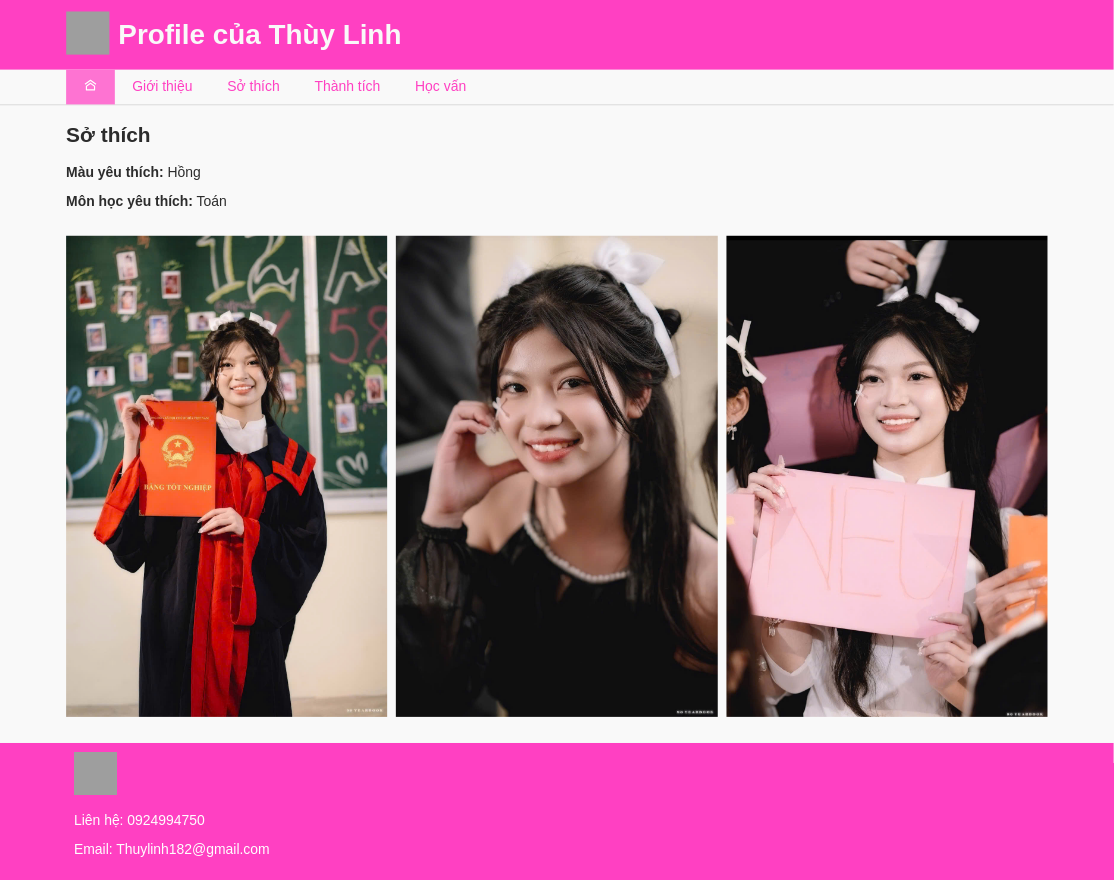
Repository: DucLong-PD07979/profile-vu-thuy-linh
Page: so-thich.html
An editor plug-in stored every save of this project. The page is shown before and after the next save, followed by the edit.
The browser window is 1280 px wide. The pictures show the whole page, at 87% of full size.
Pictures or frames that could not be fetched are drawn as grey boxes.

Above is the page before, as saved 2025-03-13 21:25:03.
Not found: script.js

After the next save:
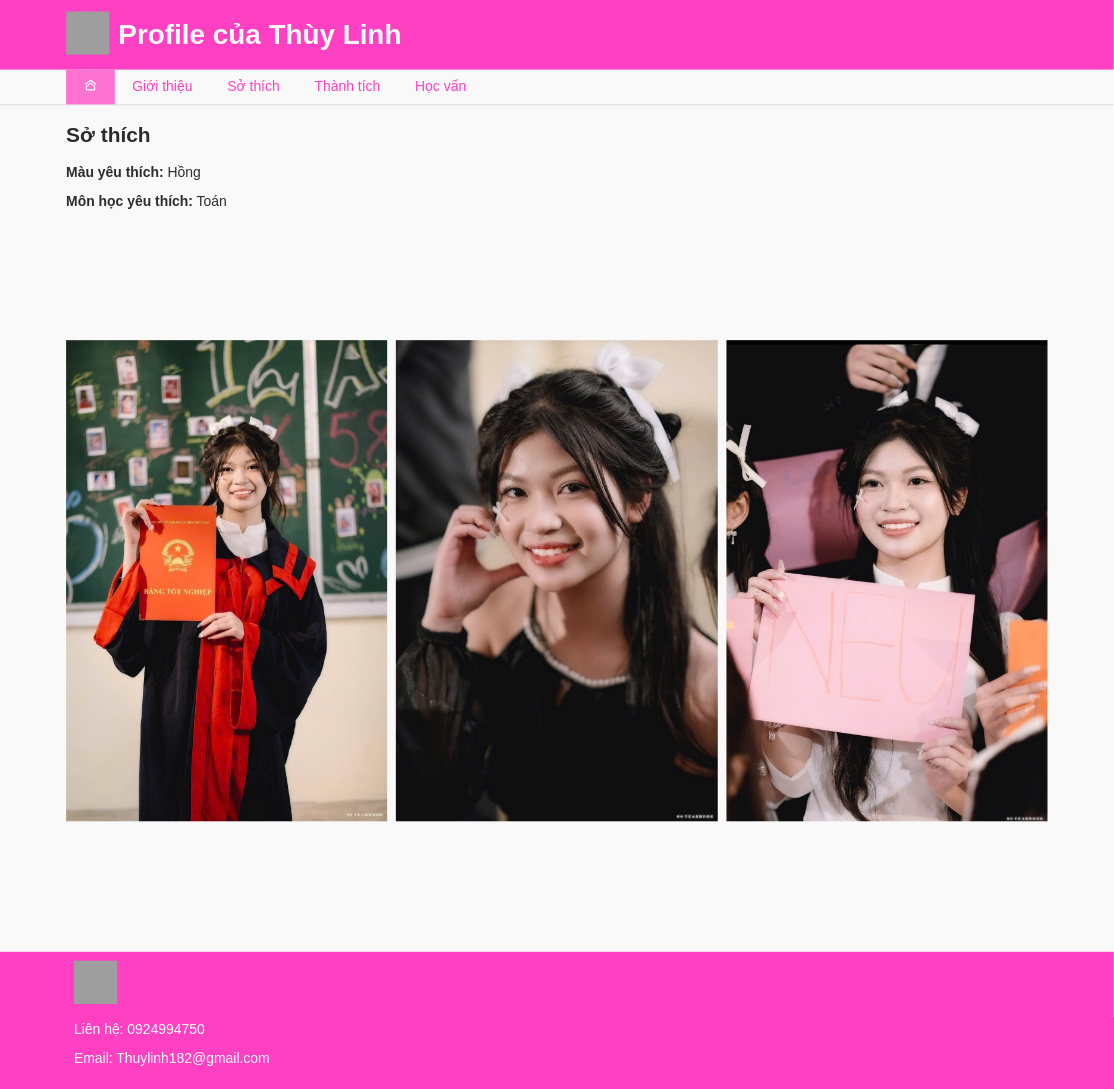
Saved 8 s later.
--- a/css/main.css
+++ b/css/main.css
@@ -233,8 +233,8 @@ nav ul li:hover .menu-children {
 
 .hobbies-section-content .images {
     width: 100%;
-    margin-top: 30px;
-    margin-bottom: 30px;
+    margin-top: 150px;
+    margin-bottom: 150px;
 }
 
 .hobbies-section-content .images img {
